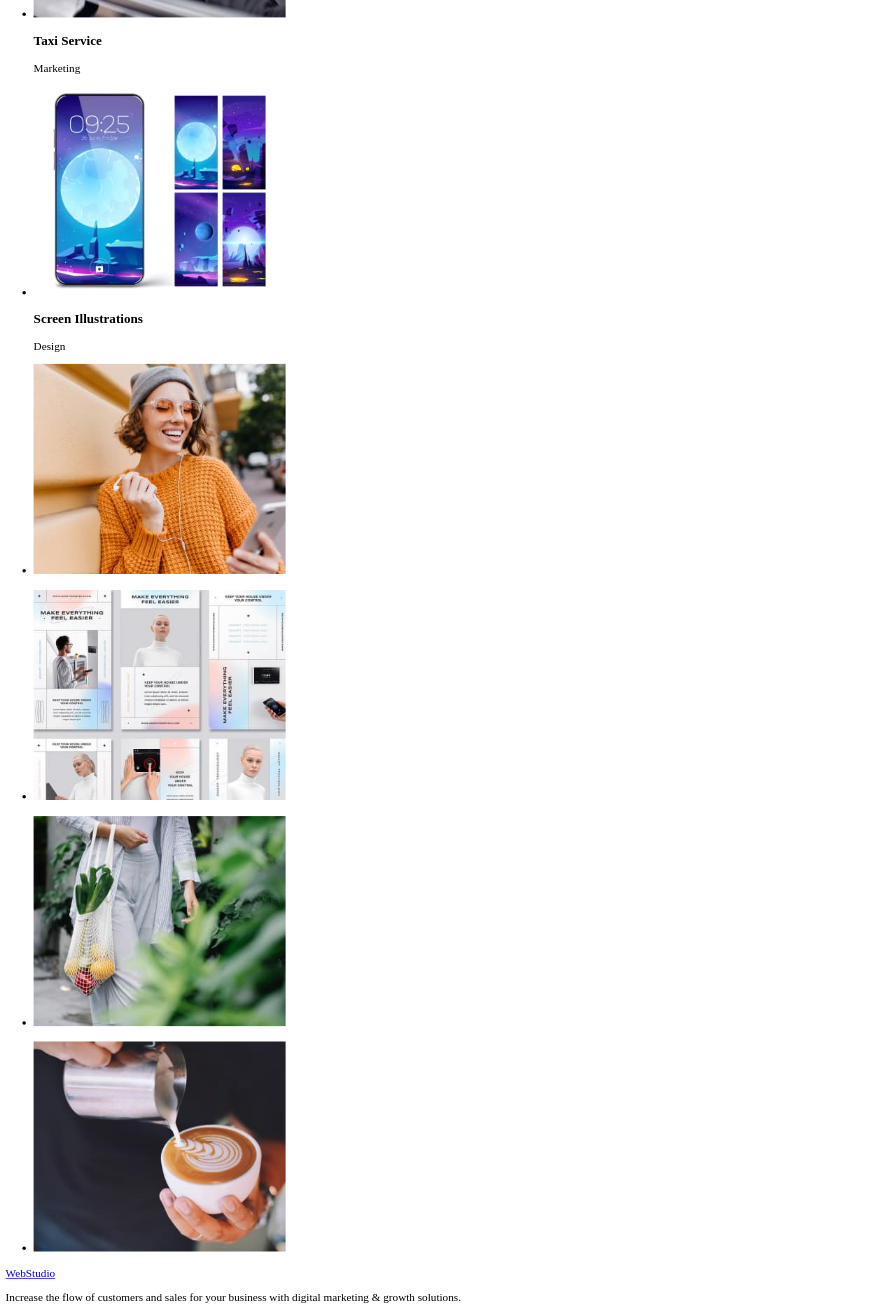
Repository: GrishchenkoNataliya/goit-markup-hw-02
Page: portfolio/indtx.html
These files come from the project's save history. The page is drawn as it stood at one moment and after the next save; the edit follows.
The browser window is 1280 px wide. The pictures show the part of the page from y = 1737 to 3657 px (the page is 3616 px tall before and 3657 px after), at 70% of full size.

Above is the page before, as saved 2023-02-27 21:25:33.

### portfolio/indtx.html
<!DOCTYPE html>
<html lang="en">
  <head>
    <meta charset="UTF-8" />
    <meta http-equiv="X-UA-Compatible" content="IE=edge" />
    <meta name="viewport" content="width=device-width, initial-scale=1.0" />
    <title>homework_2</title>
  </head>
  <body>
    <header>
      <nav>
        <a href="./index.html">WebStudio</a>
        <ul>
          <li>
            <a href="" target="_blank" rel="noopener noreferrer nofollow"
              >Studio</a
            >
          </li>
          <li>
            <a href="" target="_blank" rel="noopener noreferrer nofollow"
              >Portfolio</a
            >
          </li>
          <li>
            <a href="" target="_blank" rel="noopener noreferrer nofollow"
              >Contacts</a
            >
          </li>
        </ul>
      </nav>
      <address>
        <ul>
          <li><a href="mailto:info@devstudio.com">info@devstudio.com</a></li>
          <li><a href="tel:+110001111111">+11 (000) 111-11-11</a></li>
        </ul>
      </address>
    </header>
    <main>
      <section>
        <h2 hidden>Большой заголовок</h2>
        <ul>
          <li>
            <a href=""><label>All</label></a>
          </li>
          <li>
            <a href=""><label>Web Site</label></a>
          </li>
          <li>
            <a href=""><label>App</label></a>
          </li>
          <li>
            <a href=""><label>Design</label></a>
          </li>
          <li>
            <a href=""><label>Marketing</label></a>
          </li>
        </ul>

      </section>
      <section>
        <ul>
            <li>
                <img src="../images/pages2/img1.jpg" alt="Banking App Interface Concept">
                    <h3>Banking App Interface Concept</h3>
                    <p>App</p>
                </img>
            </li>
            <li>
                <img src="../images/pages2/img2.jpg" alt="Cashless Payment">
                    <h3>Cashless Payment</h3>
                    <p>Marketing</p>
                </img>
            </li>
            <li>
                <img src="../images/pages2/img3.jpg" alt="Meditaion App">
                    <h3>Meditaion App</h3>
                    <p>App</p>
                </img>
            </li>
            <li>
                <img src="../images/pages2/img4.jpg" alt="Taxi Service">
                    <h3>Taxi Service</h3>
                    <p>Marketing</p>
                </img>
            </li>
            <li>
                <img src="../images/pages2/img5.jpg" alt="Screen Illustrations">
                    <h3>Screen Illustrations</h3>
                    <p>Design</p>
                </img>
            </li>
            <li>
                <img src="../images/pages2/img6.jpg" alt="">
                    <h3></h3>
                    <p></p>
                </img>
            </li>
            <li>
                <img src="../images/pages2/img7.jpg" alt="">
                    <h3></h3>
                    <p></p>
                </img>
            </li>
            <li>
                <img src="../images/pages2/img8.jpg" alt="">
                    <h3></h3>
                    <p></p>
                </img>
            </li>
            <li>
                <img src="../images/pages2/img9.jpg" alt="">
                    <h3></h3>
                    <p></p>
                </img>
            </li>
        </ul>

      </section>
    </main>
    <footer>
      <a href="./index.html">WebStudio</a>

      <p>
        Increase the flow of customers and sales for your business with digital
        marketing & growth solutions.
      </p>
      <!-- Dark-bg -->
    </footer>
  </body>
</html>

After the next save:
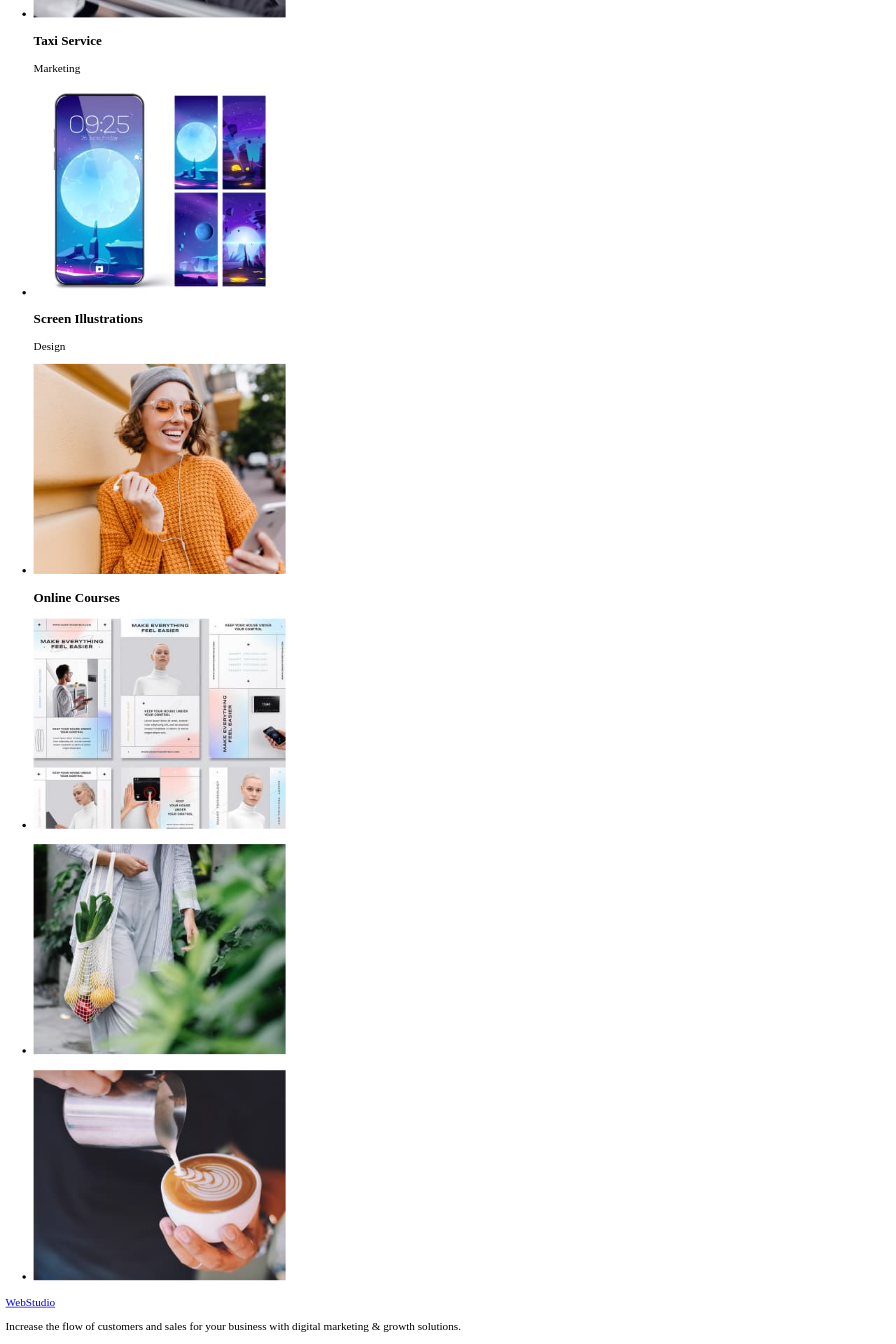
Saved 15 s later.
--- a/portfolio/indtx.html
+++ b/portfolio/indtx.html
@@ -90,8 +90,8 @@
                 </img>
             </li>
             <li>
-                <img src="../images/pages2/img6.jpg" alt="">
-                    <h3></h3>
+                <img src="../images/pages2/img6.jpg" alt="Online Courses">
+                    <h3>Online Courses</h3>
                     <p></p>
                 </img>
             </li>
